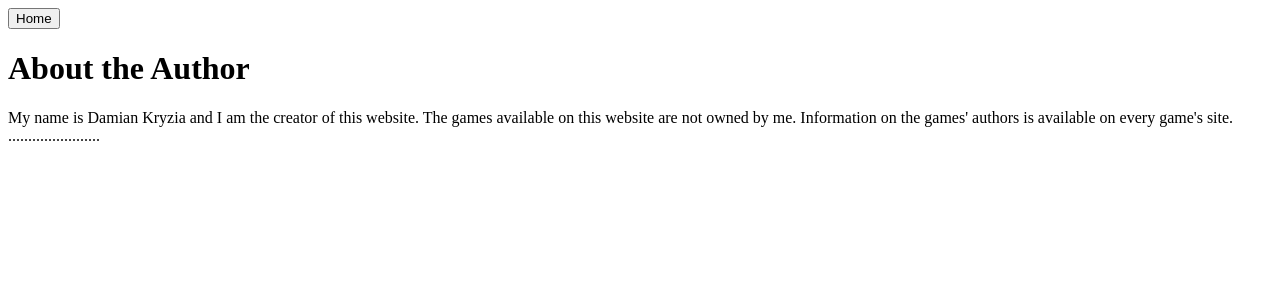
Repository: DamianKryzia/DamianKryzia.github.io
Page: DamianWebsite/aboutme.html
The author's editor kept a record of every edit. The page is drawn from the files as they stood at one moment, then again after the next edit.
The browser window is 1280 px wide. The pictures show the whole page.

Above is the page before.

After the next edit:
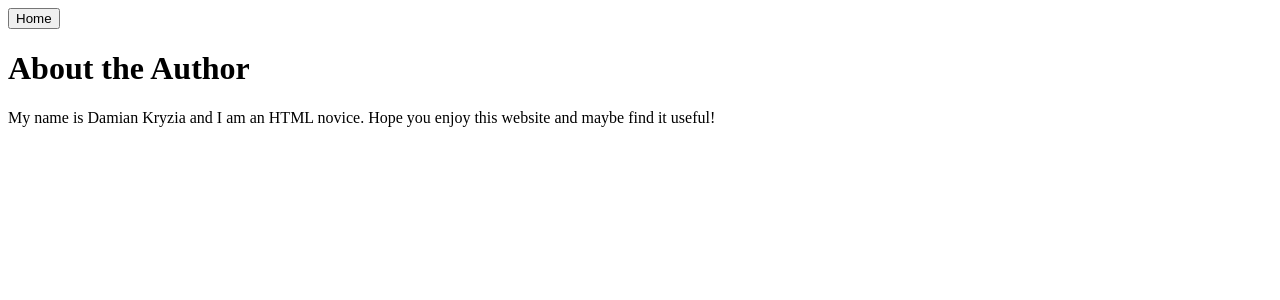
The edit:
--- a/DamianWebsite/aboutme.html
+++ b/DamianWebsite/aboutme.html
@@ -8,10 +8,8 @@
     </head>
     <body>
         <t1>
-             My name is Damian Kryzia and I am the creator of this website.
-             The games available on this website are not owned by me.
-             Information on the games' authors is available on every game's site.
-             .......................
+             My name is Damian Kryzia and I am an HTML novice.
+             Hope you enjoy this website and maybe find it useful!
         <t1>
     </body>
 </html>
